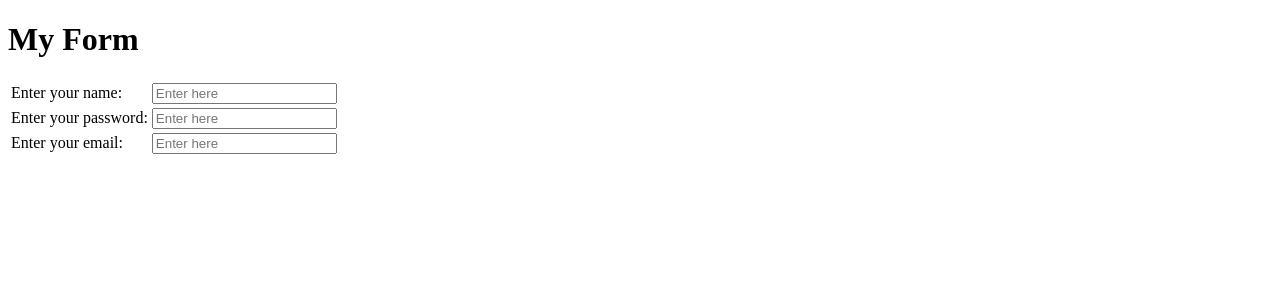
Repository: riddhiwho/Eclipse-Projects
Page: PracticeForm/src/main/webapp/index.html
These files come from the project's save history. The page is drawn as it stood at one moment and after the next save; the edit follows.
The browser window is 1280 px wide. The pictures show the whole page.

Above is the page before, as saved 2021-06-03 10:11:00.

### PracticeForm/src/main/webapp/index.html
<!DOCTYPE html>
<html>
<head>
<meta charset="UTF-8">
<title>Form Page</title>
</head>
<body>
	<div class=container>
		<h1>My Form</h1>
		<form action="RegisterServlet" method="post">
			<table>
				<tr>
					<td>Enter your name:</td>
					<td> <input type="text" name="user_name" placeholder="Enter here"/> </td>
				</tr>
				<tr>
					<td>Enter your password:</td>
					<td> <input type="password" name="user_password" placeholder="Enter here"/> </td>
				</tr>
				<tr>
					<td>Enter your email:</td>
					<td> <input type="email" name="user_email" placeholder="Enter here"/> </td>
				</tr>
			</table>

		</form>
	</div>
</body>
</html>

After the next save:
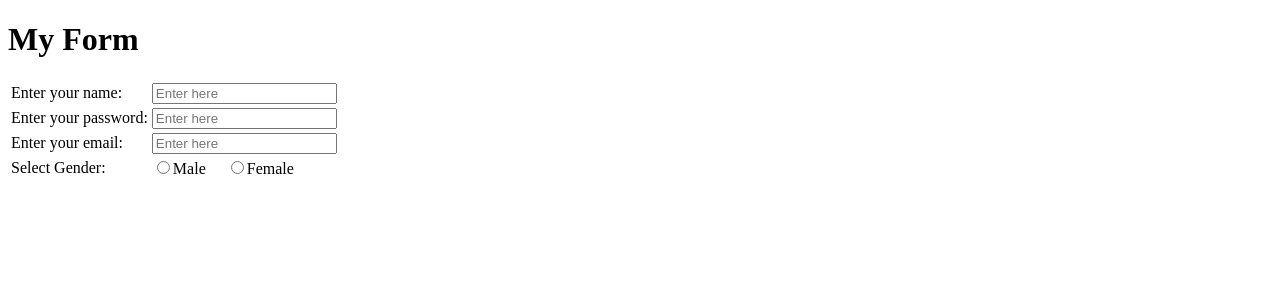
Saved 2 min 49 s later.
--- a/PracticeForm/src/main/webapp/index.html
+++ b/PracticeForm/src/main/webapp/index.html
@@ -21,6 +21,10 @@
 					<td>Enter your email:</td>
 					<td> <input type="email" name="user_email" placeholder="Enter here"/> </td>
 				</tr>
+				<tr>
+					<td>Select Gender:</td>
+					<td> <input type="radio" name="user_gender" value="male">Male &nbsp; &nbsp; <input type="radio" name="user_gender" value="female">Female</td>
+				</tr>
 			</table>
 
 		</form>
